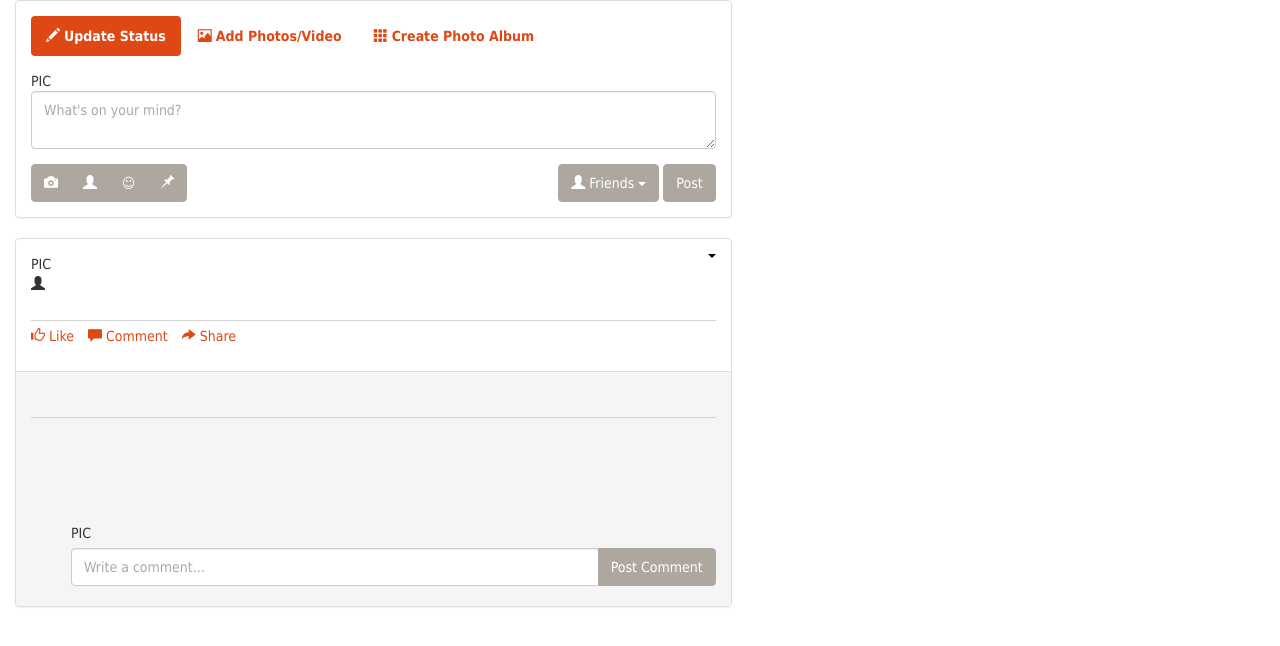
Repository: harshagithub19/news_feed
Page: fbapp3/src/main/webapp/newcheck.html
The author's editor kept a copy of each file at every save. The page is drawn from the files as they stood at one save, then again after the next save.
The browser window is 1280 px wide. The pictures show the whole page.
The page's requests for data from a server got no answer. Some web fonts or font styles are not loaded; a fallback is used. Some web libraries are served in a nearby version.

Above is the page before, as saved 2017-03-05 03:55:43.

After the next save:
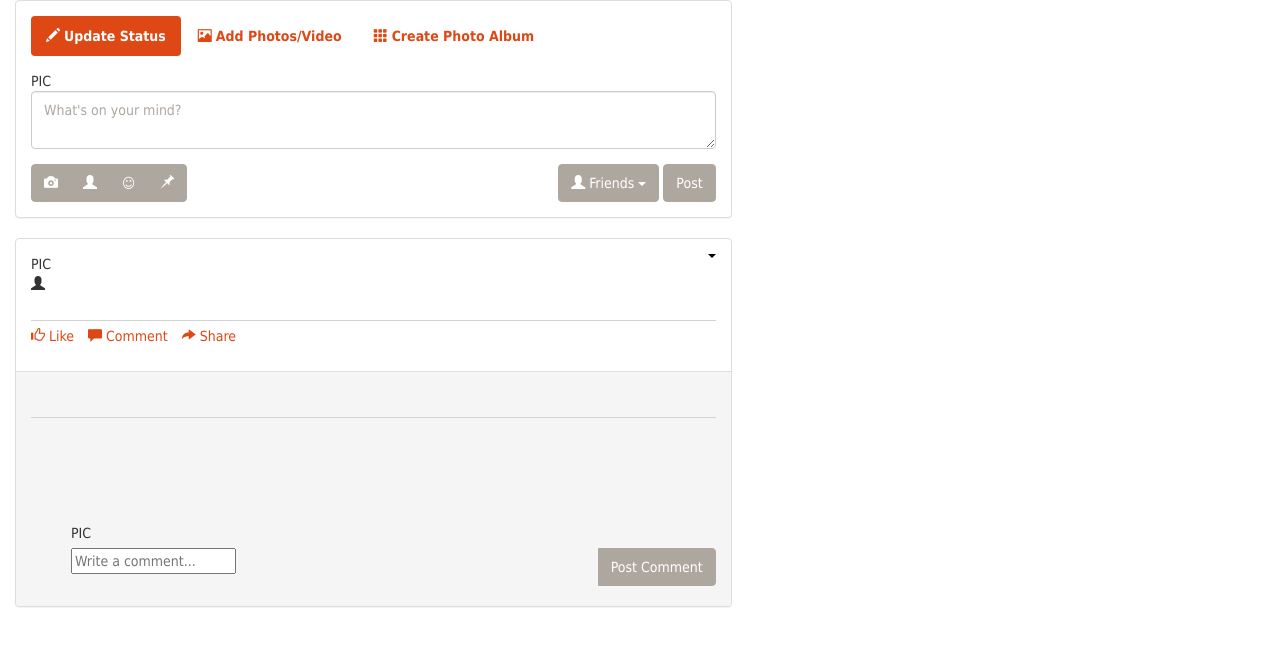
Saved 7 s later.
--- a/fbapp3/src/main/webapp/newcheck.html
+++ b/fbapp3/src/main/webapp/newcheck.html
@@ -366,7 +366,7 @@
       <div class="media-body">
       	<form action="#" id="CommentForm" method="POST"  name="Form" >
         <div class="input-group">
-          <input type="text" class="form-control" id="comment_d" placeholder="Write a comment...">
+          <input type="text" id="comment_d" placeholder="Write a comment...">
           <span class="input-group-btn">
             <button type="button" class="btn btn-default" id="commentAdd">
               Post Comment
